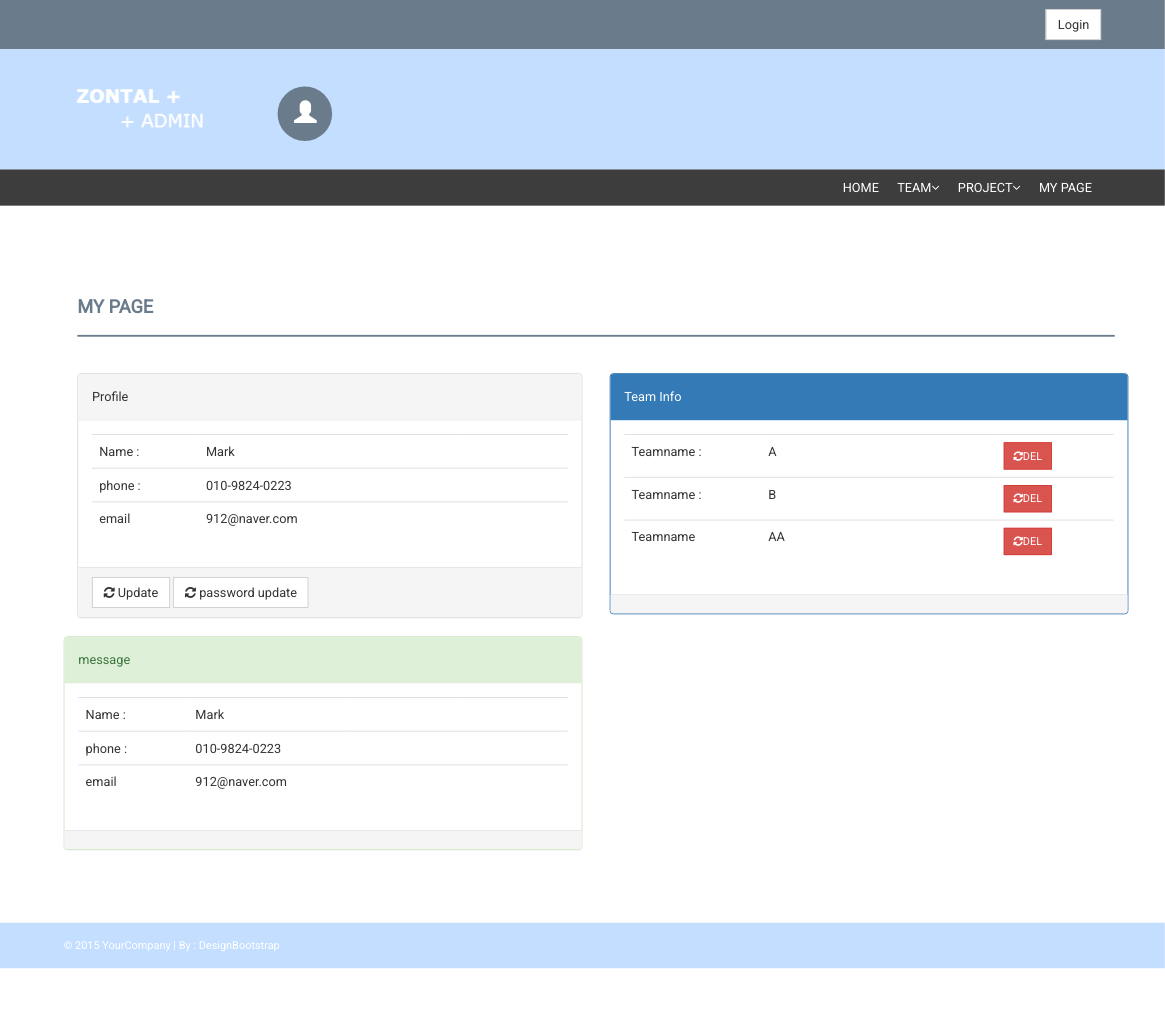
Repository: hwju91/skuniv
Page: http://localhost/0903.2/WEB-INF/jsp/mypage.jsp
These files come from the project's save history. The page is drawn as it stood at one moment and after the next save; the edit follows.
The browser window is 1280 px wide. The pictures show the whole page, at 91% of full size.
The page is served by Tomcat 9. Nobody is signed in. The template is opened directly, without the code that normally fills it, so the values that code supplies are empty.

Above is the page before, as saved 2016-09-06 10:30:34.

After the next save:
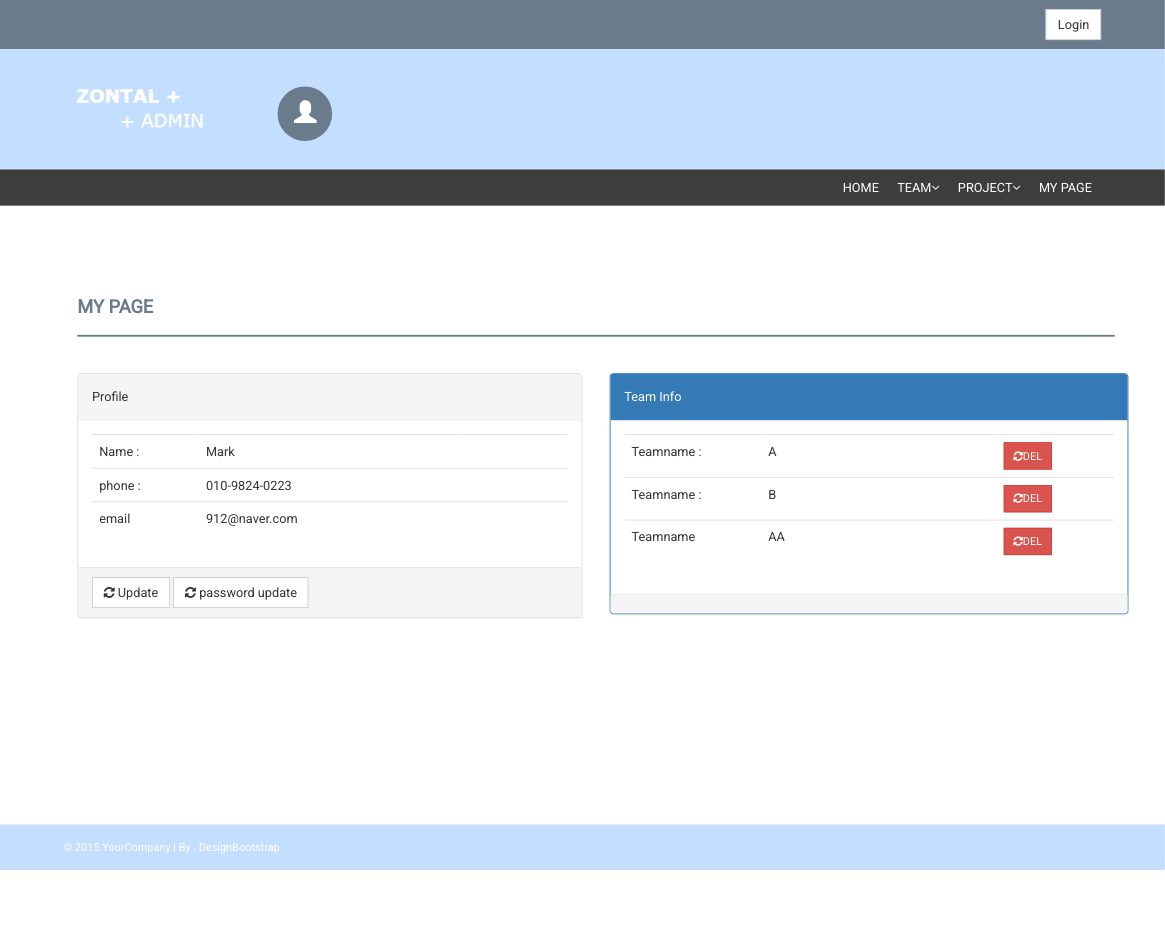
Saved 18 s later.
--- a/0903.2/WebContent/WEB-INF/jsp/mypage.jsp
+++ b/0903.2/WebContent/WEB-INF/jsp/mypage.jsp
@@ -122,54 +122,7 @@
                         </div>
                     </div>
                 </div> -->
-                <div class="row">
-                 <div class="col-md-6 col-sm-6">
-                    <div class="panel panel-success">
-                        <div class="panel-heading">
-                            message
-                        </div>
-                        <div class="panel-body">
-                            <div class="table-responsive">
-                                <table class="table">
-                                    <thead>
-                                        <!-- <tr>
-                                            <th>#</th>
-                                            <th>First Name</th>
-                                            <th>Last Name</th>
-                                            <th>Username</th>
-                                        </tr> -->
-                                    </thead>
-                                    <tbody>
-                                        <tr>
-                                            <td>Name :</td>
-                                            <td>Mark</td>
-                                            <td> </td>
-                                            <td> </td>
-                                        </tr>
-                                        <tr>
-                                            <td>phone : </td>
-                                            <td>010-9824-0223</td>
-                                            <td></td>
-                                            <td></td>
-                                        </tr>
-                                        <tr>
-                                            <td>email</td>
-                                            <td>912@naver.com</td>
-                                            <td></td>
-                                            <td></td>
-                                        </tr>
 
-                                    </tbody>
-                                </table>
-                            </div>
-                        </div>
-
-                        <div class="panel-footer">
-                             <!-- <a href="#" class="btn btn-default"><i class=" fa fa-refresh "></i> password update</a> -->
-                        </div>
-                    </div>
-                </div>
-            </div>
 
             <!-- <div class="row">
                 <div class="col-md-10 col-sm-10">
